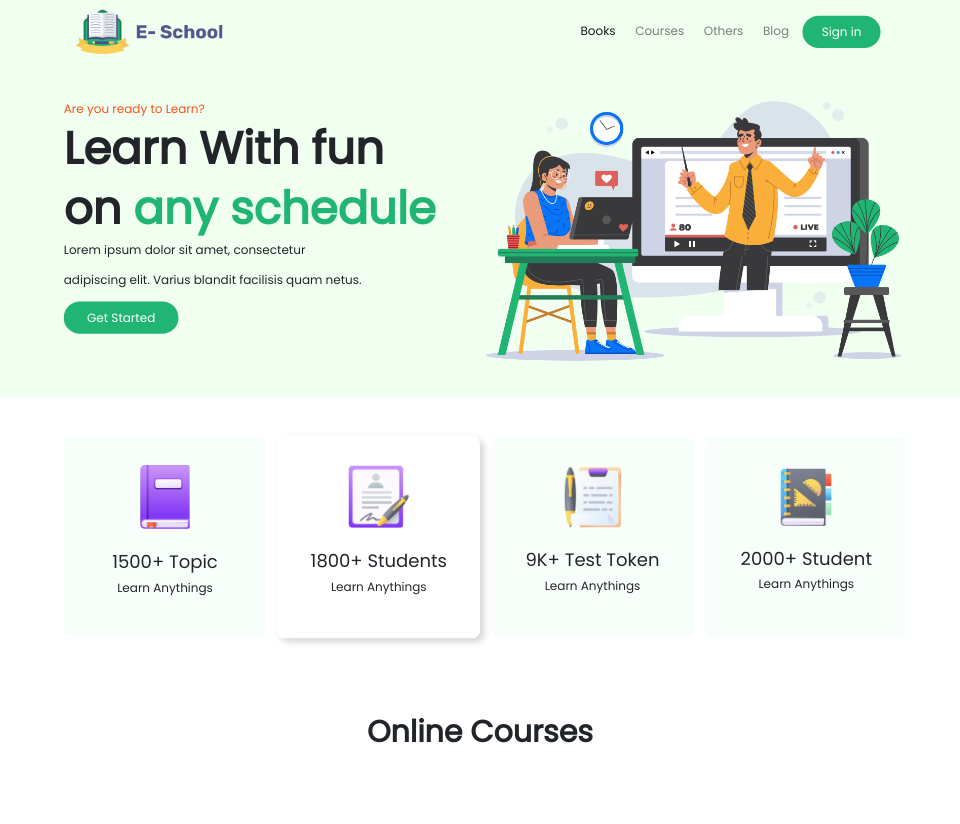
Repository: mohsinfarabi/e-school
Page: index.html
The author's editor kept a copy of each file at every save. The page is drawn from the files as they stood at one save, then again after the next save.
The browser window is 1280 px wide. The pictures show the whole page, at 75% of full size.

Above is the page before, as saved 2020-07-08 19:00:17.

After the next save:
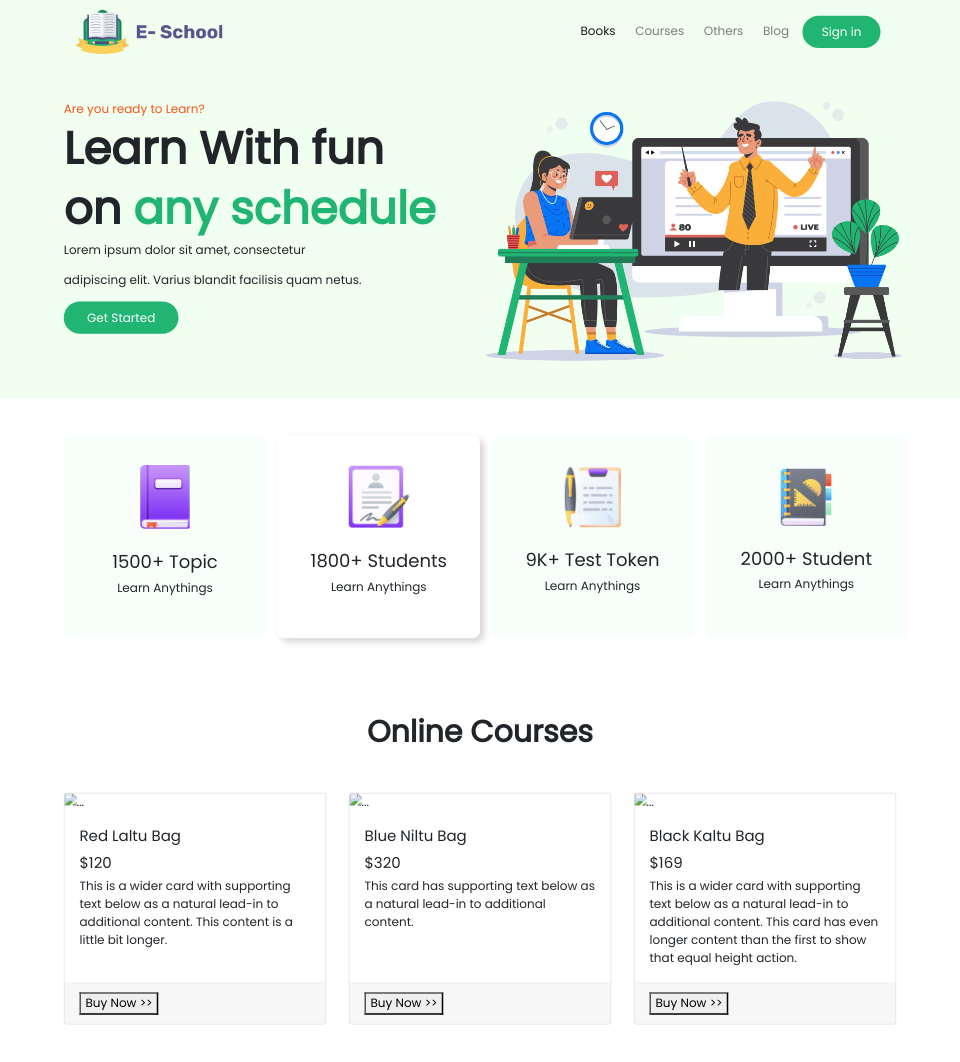
Not found: images/bags/bag-1.png
Not found: images/bags/bag-2.png
Not found: images/bags/bag-3.png
Saved 3 min 25 s later.
--- a/index.html
+++ b/index.html
@@ -109,6 +109,41 @@
 
     <div class="container course">
         <h1>Online Courses</h1>
+        <div class="card-deck">
+            <div class="card">
+                <img src="images/bags/bag-1.png" class="card-img-top" alt="...">
+                <div class="card-body">
+                    <h5 class="card-title">Red Laltu Bag</h5>
+                    <h5>$120</h5>
+                    <p class="card-text">This is a wider card with supporting text below as a natural lead-in to additional content. This content is a little bit longer.</p>
+                </div>
+                <div class="card-footer">
+                    <button class="buy-now-button">Buy Now >></button>
+                </div>
+            </div>
+            <div class="card">
+                <img src="images/bags/bag-2.png" class="card-img-top" alt="...">
+                <div class="card-body">
+                    <h5 class="card-title">Blue Niltu Bag</h5>
+                    <h5>$320</h5>
+                    <p class="card-text">This card has supporting text below as a natural lead-in to additional content.</p>
+                </div>
+                <div class="card-footer">
+                    <button class="buy-now-button">Buy Now >></button>
+                </div>
+            </div>
+            <div class="card">
+                <img src="images/bags/bag-3.png" class="card-img-top" alt="...">
+                <div class="card-body">
+                    <h5 class="card-title">Black Kaltu Bag</h5>
+                    <h5>$169</h5>
+                    <p class="card-text">This is a wider card with supporting text below as a natural lead-in to additional content. This card has even longer content than the first to show that equal height action.</p>
+                </div>
+                <div class="card-footer">
+                    <button class="buy-now-button">Buy Now >></button>
+                </div>
+            </div>
+        </div>
     </div>
 
 

After the save that followed:
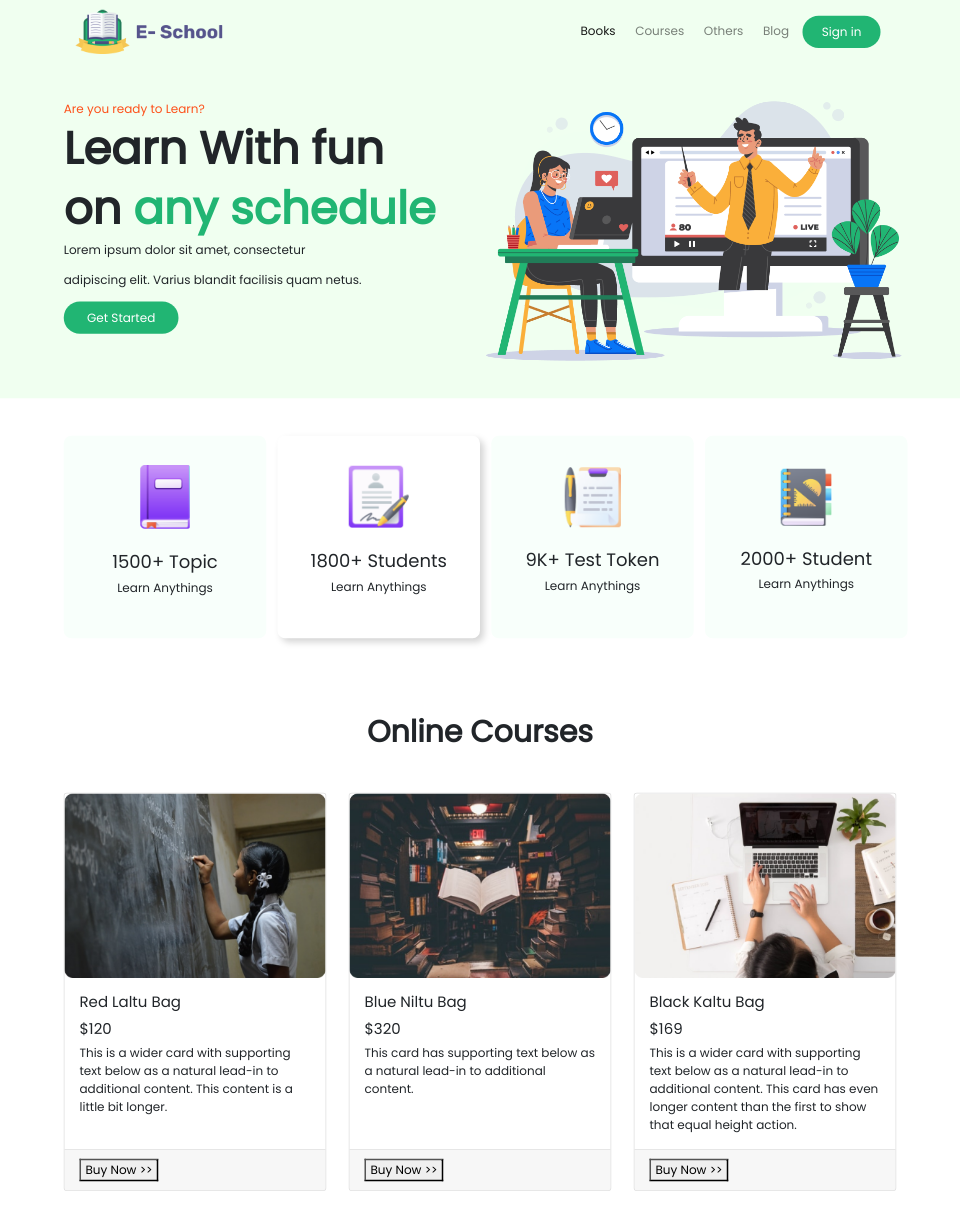
Saved 100 s later.
--- a/index.html
+++ b/index.html
@@ -111,7 +111,7 @@
         <h1>Online Courses</h1>
         <div class="card-deck">
             <div class="card">
-                <img src="images/bags/bag-1.png" class="card-img-top" alt="...">
+                <img src="images/Photos/Morder pyschology.png" class="card-img-top" alt="...">
                 <div class="card-body">
                     <h5 class="card-title">Red Laltu Bag</h5>
                     <h5>$120</h5>
@@ -122,7 +122,7 @@
                 </div>
             </div>
             <div class="card">
-                <img src="images/bags/bag-2.png" class="card-img-top" alt="...">
+                <img src="images/Photos/Morder psyc.png" class="card-img-top" alt="...">
                 <div class="card-body">
                     <h5 class="card-title">Blue Niltu Bag</h5>
                     <h5>$320</h5>
@@ -133,7 +133,7 @@
                 </div>
             </div>
             <div class="card">
-                <img src="images/bags/bag-3.png" class="card-img-top" alt="...">
+                <img src="images/Photos/Morder pychons.png" class="card-img-top" alt="...">
                 <div class="card-body">
                     <h5 class="card-title">Black Kaltu Bag</h5>
                     <h5>$169</h5>
